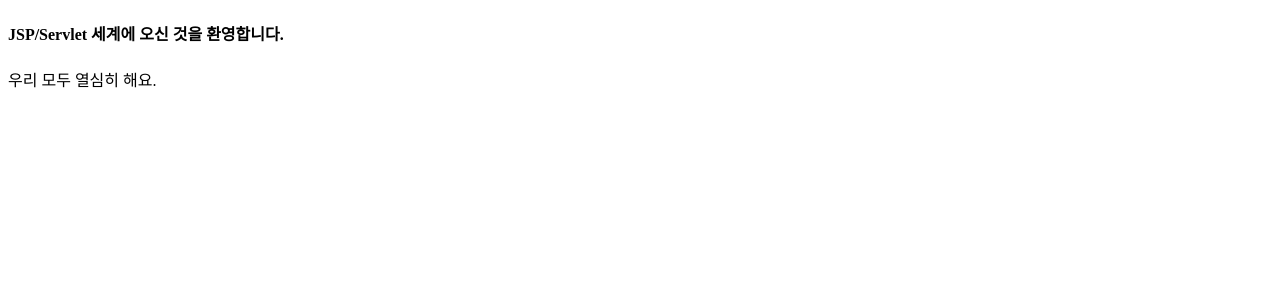
Repository: psyoongsc/LauguageStudy
Page: http://localhost/jspStudy/ch03/JSPWorld.jsp
An editor plug-in stored every save of this project. The page is shown before and after the next save, followed by the edit.
The browser window is 1280 px wide. The pictures show the whole page.
The page is served by Tomcat 9. Other server files are loaded and not shown.

Above is the page before, as saved 2018-07-03 13:18:14.

### JSP/jspStudy/WebContent/ch03/JSPWorld.jsp
<%@ page language="java" contentType="text/html; charset=UTF-8"
    pageEncoding="UTF-8"%>
<!DOCTYPE html>
<html>
<head>
<meta charset="UTF-8">
<title>JSPWorld</title>
</head>
<body>
	<H4>JSP/Servlet 세계에 오신 것을 환영합니다.</H4>
	${"우리 모두 열심히 해요."}
</body>
</html>

After the next save:
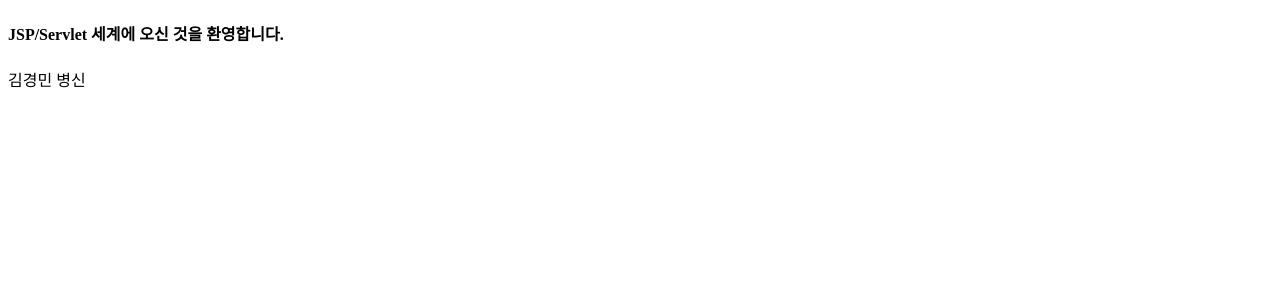
Saved 4 min 53 s later.
--- a/JSP/jspStudy/WebContent/ch03/JSPWorld.jsp
+++ b/JSP/jspStudy/WebContent/ch03/JSPWorld.jsp
@@ -8,6 +8,6 @@
 </head>
 <body>
 	<H4>JSP/Servlet 세계에 오신 것을 환영합니다.</H4>
-	${"우리 모두 열심히 해요."}
+	${"김경민 병신"}
 </body>
 </html>
